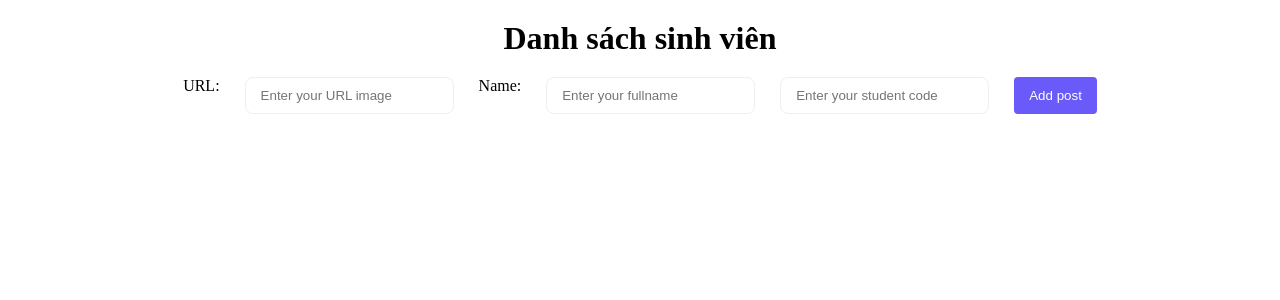
Repository: doquang195/demo-api
Page: indext.html
An editor plug-in stored every save of this project. The page is shown before and after the next save, followed by the edit.
The browser window is 1280 px wide. The pictures show the whole page.

Above is the page before, as saved 2023-10-04 21:48:40.

### indext.html
<!DOCTYPE html>
<html lang="en">
    <head>
        <meta charset="UTF-8" />
        <meta name="viewport" content="width=device-width, initial-scale=1.0" />
        <link rel="stylesheet" href="./reset.css" />
        <link rel="stylesheet" href="./style.css" />
        <title>Demo Rest API</title>
    </head>
    <body>
        <div>
            <h2 class="heading">Danh sách sinh viên</h2>
            <div id="list-courses"></div>
        </div>
        <form action="" class="form-post" method="post">
            <label>URL:</label>
            <input
                type="text"
                name="image"
                placeholder="Enter your URL image"
            />
            <label>Name:</label>
            <input type="text" name="name" placeholder="Enter your fullname" />

            <input
                type="text"
                name="code"
                placeholder="Enter your student code"
            />
            <button type="submit">Add post</button>
        </form>
        <script src="./app.js"></script>
    </body>
</html>

### reset.css
html {
    box-sizing: border-box;
}
* {
    margin: 0;
    padding: 0;
}
*,
*:before,
*:after {
    box-sizing: border-box;
}
input,
textarea,
select,
button {
    outline: none;
}
input {
    line-height: normal;
}
label,
button {
    cursor: pointer;
}
a {
    text-decoration: none;
}
img {
    display: block;
    max-width: 100%;
}

### style.css
.heading {
    font-size: 32px;
    text-align: center;
    padding: 20px;
}

.form-post {
    display: flex;
    justify-content: center;
    gap: 0 25px;
}

.form-post input {
    padding: 10px 15px;
    border: 1px solid #eee;
    border-radius: 8px;
}

.form-post button {
    background-color: #6a5af9;
    color: white;
    border: 0;
    outline: none;
    padding: 10px 15px;
    border-radius: 4px;
}

### app.js
// let coursesAPI = "http://localhost:3000/courses";

// function start() {
//     getCourses(renderCourses);
//     handleCreateForm();
// }

// start();

// function getCourses(callback) {
//     fetch(coursesAPI)
//         .then((res) => res.json())
//         .then(callback);
// }

// function createCourse(data, callback) {
//     let options = {
//         method: "POST",
//         headers: {
//             "Content-Type": "application/json",
//         },
//         body: JSON.stringify(data),
//     };
//     fetch(coursesAPI, options)
//         .then((res) => res.json())
//         .then(callback);
// }

// function handleDeleteCourse(id) {
//     let options = {
//         method: "DELETE",
//         headers: {
//             "Content-Type": "application/json",
//         },
//     };
//     fetch(coursesAPI + "/" + id, options)
//         .then((res) => res.json())
//         .then(function () {
//             const courseItem = document.querySelector(".course-" + id);
//             if (courseItem) {
//                 courseItem.remove();
//             }
//         });
// }

// function renderCourses(courses) {
//     let listCourses = document.querySelector("#list-courses");
//     const htmls = courses.map(function (course) {
//         return `
//             <div class="course-${course.id}" style="width: 300px, height: 300px">
//                 <h4>${course.name}</h4>
//                 <p>${course.description}</p>
//                 <button onclick="handleDeleteCourse(${course.id})">Xoa</button>
//             </div>`;
//     });
//     listCourses.innerHTML = htmls;
// }

// function handleCreateForm() {
//     const createBtn = document.querySelector("#create");
//     createBtn.onclick = function () {
//         const name = document.querySelector('input[name="name"]').value;
//         const description = document.querySelector(
//             'input[name="description"]'
//         ).value;
//         const formData = {
//             name: name,
//             description: description,
//         };
//         createCourse(formData, function () {
//             getCourses(renderCourses);
//         });
//     };
// }
const student = {
    image: "",
    studentCode: "",
    name: "",
};

// async function addPost(title, author) {
//     const response = await fetch("http://localhost:3000/courses", {
//         method: "POST",
//         body: JSON.stringify({
//             title,
//             author,
//         }),
//         headers: {
//             "Content-type": "application/json; charset=UTF-8",
//         },
//     });
//     return response;
// }

// const formPost = document.querySelector(".form-post");
// formPost.addEventListener("submit", function (e) {
//     e.preventDefault();
//     const title = this.elements["title"].value;
//     const author = this.elements["author"].value;
//     addPost(title, author);
// });

After the next save:
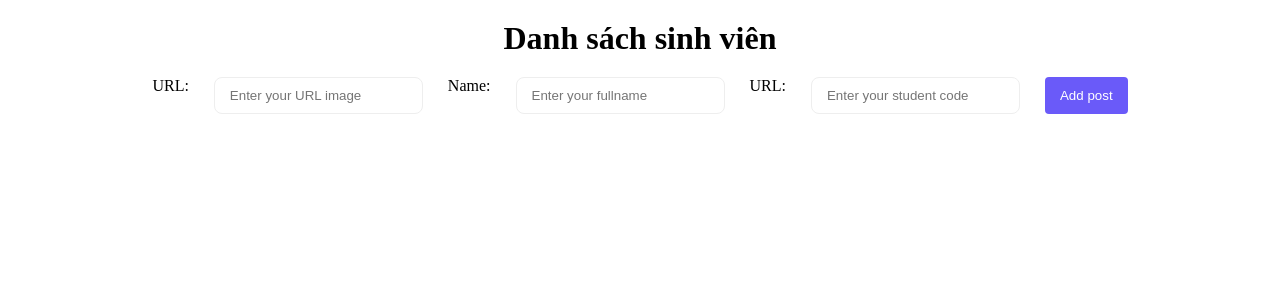
Saved 4 s later.
--- a/indext.html
+++ b/indext.html
@@ -21,7 +21,7 @@
             />
             <label>Name:</label>
             <input type="text" name="name" placeholder="Enter your fullname" />
-
+            <label>URL:</label>
             <input
                 type="text"
                 name="code"
